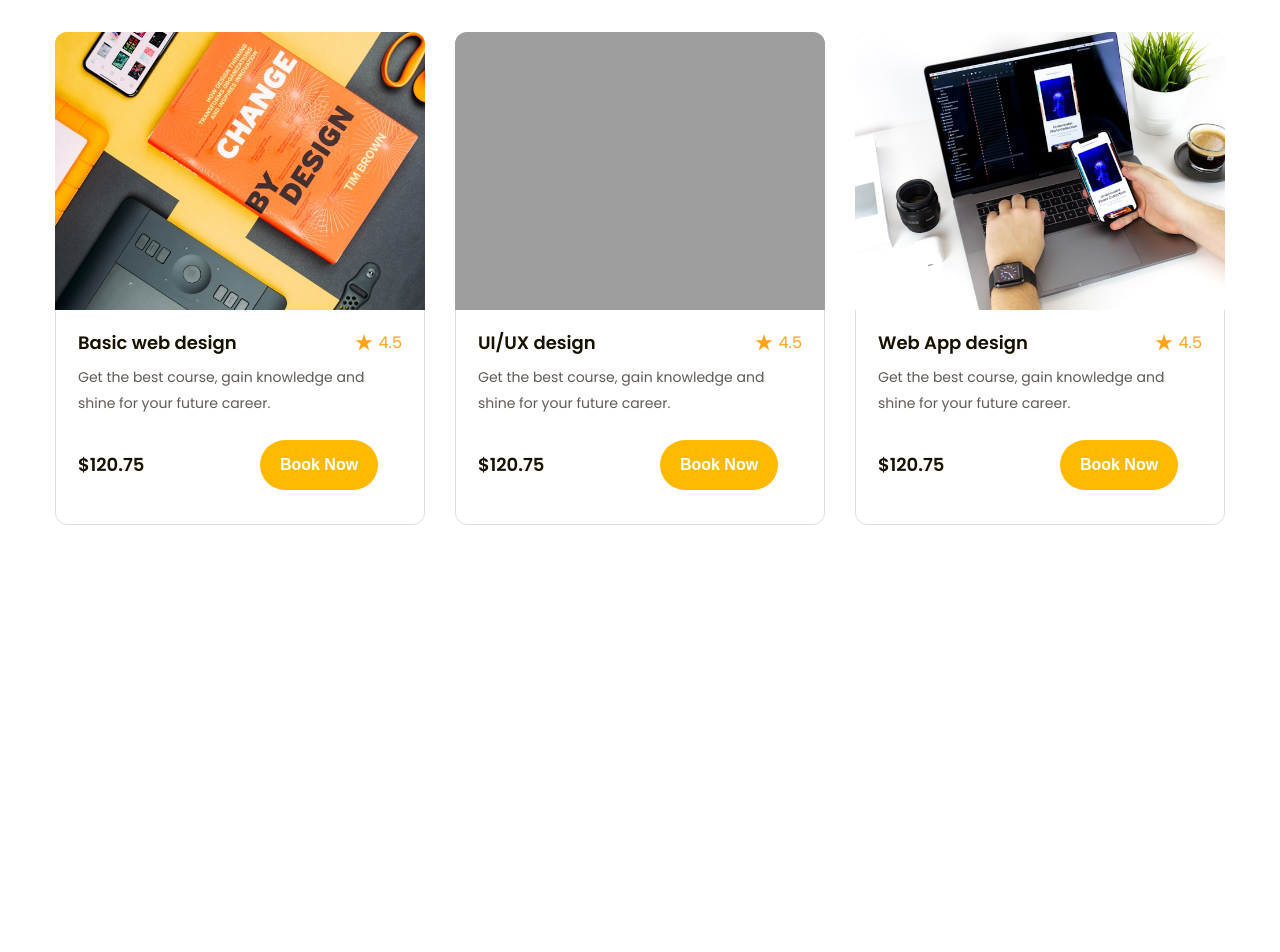
Repository: vancong171001/f8-html-css-02
Page: index.html
An editor plug-in stored every save of this project. The page is shown before and after the next save, followed by the edit.
The browser window is 1280 px wide. The pictures show the part of the page from y = 1267 to 2219 px (the page is 5000 px tall).
Pictures or frames that could not be fetched are drawn as grey boxes. A picture or video elsewhere on the page could not be fetched, so the positions and the page height are approximate.

Above is the page before, as saved 2025-03-11 14:34:43.

### index.html
<!DOCTYPE html>
<html lang="en">
  <head>
    <meta charset="UTF-8" />
    <meta name="viewport" content="width=device-width, initial-scale=1.0" />
    <title>F8 Project 02</title>
    <!-- Reset CSS -->
    <link rel="stylesheet" href="./assets/css/reset.css" />

    <!-- Embed fonts -->
    <link rel="preconnect" href="https://fonts.googleapis.com" />
    <link rel="preconnect" href="https://fonts.gstatic.com" crossorigin />
    <link
      href="https://fonts.googleapis.com/css2?family=Poppins:ital,wght@0,400;0,500;0,600;0,700;1,400&family=Sen:wght@700&display=swap"
      rel="stylesheet"
    />

    <!-- Style CSS -->
    <link rel="stylesheet" href="assets/css/style.css" />
  </head>
  <body>
    <main style="height: 5000px">
      <!-- Header -->
      <header class="header fixed">
        <div class="main-content">
          <div class="body">
            <!-- Logo -->
            <img src="./assets/img/logo.svg" alt="Lesson" class="logo" />

            <!-- Nav -->
            <nav class="nav">
              <ul>
                <li class="active">
                  <a href="#!">Home</a>
                </li>
                <li>
                  <a href="#!">Courses</a>
                </li>
                <li>
                  <a href="#!">Pricing</a>
                </li>
                <li>
                  <a href="#!">Reviews</a>
                </li>
              </ul>
            </nav>

            <!-- Action -->
            <div class="action">
              <a href="#!" class="btn sign-up-btn">Sign Up</a>
            </div>
          </div>
        </div>
      </header>

      <!-- Hero -->
      <div class="hero">
        <div class="main-content">
          <div class="body">
            <!-- Hero left -->
            <div class="media-block">
              <img
                src="https://images.unsplash.com/photo-1740734940319-7208196590b7?w=600&auto=format&fit=crop&q=60&ixlib=rb-4.0.3&ixid=M3wxMjA3fDB8MHxmZWF0dXJlZC1waG90b3MtZmVlZHwxNHx8fGVufDB8fHx8fA%3D%3D"
                alt="Learn without limits and spread knowledge."
                class="img"
              />

              <div class="hero-summary">
                <div class="item">
                  <div class="icon">
                    <img src="./assets/icon/list.svg" alt="" />
                  </div>
                  <div class="info">
                    <p class="lable">20 Courses</p>
                    <p class="title">UI/UX Design</p>
                  </div>
                </div>
                <div class="item">
                  <div class="icon">
                    <img src="./assets/icon/code.svg" alt="" />
                  </div>
                  <div class="info">
                    <p class="lable">20 Courses</p>
                    <p class="title">Development</p>
                  </div>
                </div>
                <div class="item">
                  <div class="icon">
                    <img src="./assets/icon/speaker.svg" alt="" />
                  </div>
                  <div class="info">
                    <p class="lable">30 Courses</p>
                    <p class="title">Marketing</p>
                  </div>
                </div>
              </div>
            </div>

            <!-- Hero right -->
            <div class="content-block">
              <h1 class="heading lv1">
                Learn without limits and spread knowledge.
              </h1>
              <p class="desc">
                Build new skills for that “this is my year” feeling with
                courses, certificates, and degrees from world-class universities
                and companies.
              </p>
              <div class="cta-group">
                <a href="#!" class="btn hero-cta">See Courses</a>
                <button class="watch-video">
                  <div class="icon">
                    <img src="./assets/icon/play.svg" alt="" />
                  </div>
                  <span>Watch Video</span>
                </button>
              </div>
              <p class="desc">Recent engagement</p>
              <p class="desc stats">
                <strong>50K</strong> Students <strong>70+</strong> Courses
              </p>
            </div>
          </div>
        </div>
      </div>

      <!-- Popular -->
      <div class="popular">
        <div class="main-content">
          <div class="popular-top">
            <div class="info">
              <h2 class="heading lv2">Our popular courses</h2>
              <p class="desc">
                Build new skills with new trendy courses and shine for the next
                future career.
              </p>
            </div>
            <div class="controls">
              <button class="control-btn">
                <svg
                  width="8"
                  height="14"
                  viewBox="0 0 8 14"
                  fill="none"
                  xmlns="http://www.w3.org/2000/svg"
                >
                  <path
                    d="M7 1L1 7L7 13"
                    stroke="currentColor"
                    stroke-linecap="round"
                    stroke-linejoin="round"
                  />
                </svg>
              </button>
              <button class="control-btn">
                <svg
                  width="8"
                  height="14"
                  viewBox="0 0 8 14"
                  fill="none"
                  xmlns="http://www.w3.org/2000/svg"
                >
                  <path
                    d="M1 1L7 7L1 13"
                    stroke="currentColor"
                    stroke-linecap="round"
                    stroke-linejoin="round"
                  />
                </svg>
              </button>
            </div>
          </div>

          <div class="course-list">
            <!-- Course Item 1 -->
            <div class="course-item">
              <img
                src="./assets/img/course-1.jpg"
                alt="Basic web design"
                class="thumb"
              />
              <div class="info">
                <div class="head">
                  <h3 class="title">Basic web design</h3>
                  <div class="rating">
                    <img src="./assets/icon/star.svg" alt="Star" class="star" />
                    <span class="value">4.5</span>
                  </div>
                </div>
                <p class="desc">
                  Get the best course, gain knowledge and shine for your future
                  career.
                </p>
                <div class="foot">
                  <span class="price">$120.75</span>
                  <button class="btn">Book Now</button>
                </div>
              </div>
            </div>
            <!-- Course Item 2 -->
            <div class="course-item">
              <img
                src="./assets/img/course-2.jpg"
                alt="UI/UX design"
                class="thumb"
              />
              <div class="info">
                <div class="head">
                  <h3 class="title">UI/UX design</h3>
                  <div class="rating">
                    <img src="./assets/icon/star.svg" alt="Star" class="star" />
                    <span class="value">4.5</span>
                  </div>
                </div>
                <p class="desc">
                  Get the best course, gain knowledge and shine for your future
                  career.
                </p>
                <div class="foot">
                  <span class="price">$120.75</span>
                  <button class="btn">Book Now</button>
                </div>
              </div>
            </div>
            <!-- Course Item 3 -->
            <div class="course-item">
              <img
                src="./assets/img/course-3.jpg"
                alt="Web App design"
                class="thumb"
              />
              <div class="info">
                <div class="head">
                  <h3 class="title">Web App design</h3>
                  <div class="rating">
                    <img src="./assets/icon/star.svg" alt="Star" class="star" />
                    <span class="value">4.5</span>
                  </div>
                </div>
                <p class="desc">
                  Get the best course, gain knowledge and shine for your future
                  career.
                </p>
                <div class="foot">
                  <span class="price">$120.75</span>
                  <button class="btn">Book Now</button>
                </div>
              </div>
            </div>
          </div>
        </div>
      </div>
    </main>
  </body>
</html>

### assets/css/style.css
* {
  box-sizing: border-box;
}

:root {
  --primary-color: #ffb900;
  --font-heading: Sen, san-serif;
}

html {
  font-size: 62.5%;
}

body {
  font-size: 1.6rem;
  font-family: "Poppins", sans-serif;
}

/* ========== Common ========= */
a {
  text-decoration: none;
}

.btn {
  display: inline-block;
  min-width: 118px;
  padding: 0 16px;
  line-height: 50px;
  color: #fff;
  text-align: center;
  font-size: 1.6rem;
  font-weight: 600;
  border-radius: 999px;
  background: #171100;
}

.btn:hover {
  opacity: 0.9;
}

.heading {
  color: #171100;
  font-family: var(--font-heading);
  font-weight: 700;
  letter-spacing: -0.02em;
}

.heading.lv1 {
  font-size: 5.8rem;
  line-height: 1.17; /* 117.241% */
}

.heading.lv2 {
  font-size: 3.8rem;
  line-height: 1.26; /* 126.316% */
}

.main-content {
  width: 1170px;
  max-width: calc(100% - 48px);
  margin-left: auto;
  margin-right: auto;
}

/* ========== Header ========= */
.header {
  background: #fffcf4;
}

.header.fixed {
  position: sticky;
  top: -28px;
  z-index: 1;
}

.header .body {
  display: flex;
  align-items: center;
  padding: 36px 0 8px;
}

.nav {
  margin-left: auto;
}

.nav ul {
  display: flex;
}

.nav a {
  position: relative;
  padding: 8px 21px;
  color: #5f5b53;
  font-size: 1.6rem;
}

.nav a:hover,
.nav li.active a {
  /* font-weight: 600; */
  text-shadow: 1px 0 0 currentColor;
  color: #171100;
}

.nav li.active a::after {
  content: "";
  position: absolute;
  left: 21px;
  bottom: 6px;
  display: block;
  width: 12px;
  height: 2px;
  border-radius: 1px;
  background: #171100;
}

.header .sign-up-btn {
  min-width: 144px;
}

.header .action {
  margin-left: 49px;
}

/* ========== Hero ========= */
.hero {
  padding: 56px 0 65px;
  background: #fffcf4;
}

.hero .body {
  display: flex;
}

/* Hero Left */
.hero .media-block {
  position: relative;
  width: 48%;
}

.hero .media-block .img {
  width: 470px;
  height: 685px;
  object-fit: cover;
  border-radius: 20px;
  display: block;
}

.hero-summary {
  position: absolute;
  right: 0;
  bottom: 48px;
  width: 270px;
  padding: 24px;
  border-radius: 12px;
  background: #fff;
  box-shadow: 0px 16px 32px 0px rgba(0, 0, 0, 0.05);
}

.hero-summary .item {
  display: flex;
  align-items: center;
}

.hero-summary .item + .item {
  margin-top: 22px;
}

.hero-summary .icon {
  width: 48px;
  height: 48px;
  border-radius: 50%;
  display: flex;
  justify-content: center;
  align-items: center;
  background: #fff9e8;
}

.hero-summary .item:nth-of-type(2) .icon {
  background: #fcefff;
}
.hero-summary .item:last-child .icon {
  background: #ebeaff;
}

.hero-summary .info {
  margin-left: 16px;
}

.hero-summary .lable {
  color: #5f5b53;
  font-size: 1.4rem;
  line-height: 1.86; /* 185.714% */
}

.hero-summary .title {
  color: #171100;
  font-size: 1.8rem;
  font-weight: 600;
  line-height: 1.67; /* 166.667% */
}

/* Hero Right */
.hero .content-block {
  width: 52%;
  padding: 64px 0 0 130px;
}

.hero .desc {
  margin-top: 22px;
  color: #5f5b53;
  font-size: 1.8rem;
  line-height: 1.67; /* 166.667% */
}

.hero .cta-group {
  display: flex;
  align-items: center;
  margin: 38px 0 48px;
}

.hero .hero-cta {
  min-width: 180px;
  line-height: 64px;
  background: var(--primary-color);
  border-radius: 32px;
}

.hero .watch-video {
  display: flex;
  align-items: center;
  border: none;
  background: transparent;
  margin-left: 28px;
  cursor: pointer;
}

.hero .watch-video .icon {
  width: 40px;
  height: 40px;
  border-radius: 50%;
  display: flex;
  justify-content: center;
  align-items: center;
  background: #ffffff;
  box-shadow: 0px 8px 16px rgba(0, 0, 0, 0.07);
}

.hero .watch-video span {
  color: #171100;
  font-size: 1.8rem;
  font-weight: 600;
  line-height: 1.67; /* 166.667% */
  margin-left: 14px;
}

.hero .stats {
  margin: 8px 0 0 -28px;
}

.hero .stats strong {
  color: #171100;
  font-family: var(--font-heading);
  font-size: 4.4rem;
  font-weight: 700;
  line-height: 1.22; /* 122.727% */
  padding: 0 8px 0 28px;
}

/* ========== Hero ========= */
.popular {
  padding: 65px 0;
  margin-top: 135px;
}

.popular-top {
  display: flex;
  justify-content: space-between;
  align-items: center;
}

.popular-top .desc {
  color: #5f5b53;
  font-size: 1.8rem;
  line-height: 1.67; /* 166.667% */
  margin-top: 16px;
  width: 458px;
}

.popular-top .controls {
  display: flex;
  gap: 18px;
}

.popular-top .control-btn {
  background: transparent;
  border: 1px solid var(--primary-color);
  width: 40px;
  height: 40px;
  border-radius: 50%;
  display: flex;
  justify-content: center;
  align-items: center;
  color: var(--primary-color);
}

.popular-top .control-btn:hover {
  background: var(--primary-color);
  color: #fff;
  cursor: pointer;
}

.popular .course-list {
  margin-top: 55px;
  display: flex;
  gap: 30px;
}

.popular .course-item {
  flex: 1;
  border-radius: 12px;
  border: 1px solid #e2dfda;
  background: #fff;
}

.popular .course-item .thumb {
  width: calc(100% + 2px);
  border-radius: 12px 12px 0px 0px;
  height: 278px;
  object-fit: cover;
  margin: -1px;
}

.popular .info {
  margin: 16px 22px 22px;
}

.popular .course-item .head,
.popular .course-item .rating,
.popular .course-item .foot {
  display: flex;
  justify-content: space-between;
  align-items: center;
}

.popular .course-item .title {
  color: #171100;
  font-size: 1.8rem;
  font-weight: 600;
  line-height: 1.67; /* 166.667% */
}

.popular .rating .value {
  color: #fea31b;
  font-size: 1.6rem;
  margin-left: 6px;
  line-height: 1.75;
}

.popular .desc {
  color: #5f5b53;
  font-size: 1.4rem;
  line-height: 1.86; /* 185.714% */
  margin-top: 6px;
}

.popular .foot {
  margin-top: 12px;
}

.popular .foot .price {
  color: #171100;
  font-size: 1.8rem;
  font-weight: 600;
  line-height: 1.67; /* 166.667% */
}

.popular .foot .btn {
  background: var(--primary-color);
  border: none;
  margin: 12px 24px;
}

Loaded but not shown: assets/css/reset.css (common file)

After the next save:
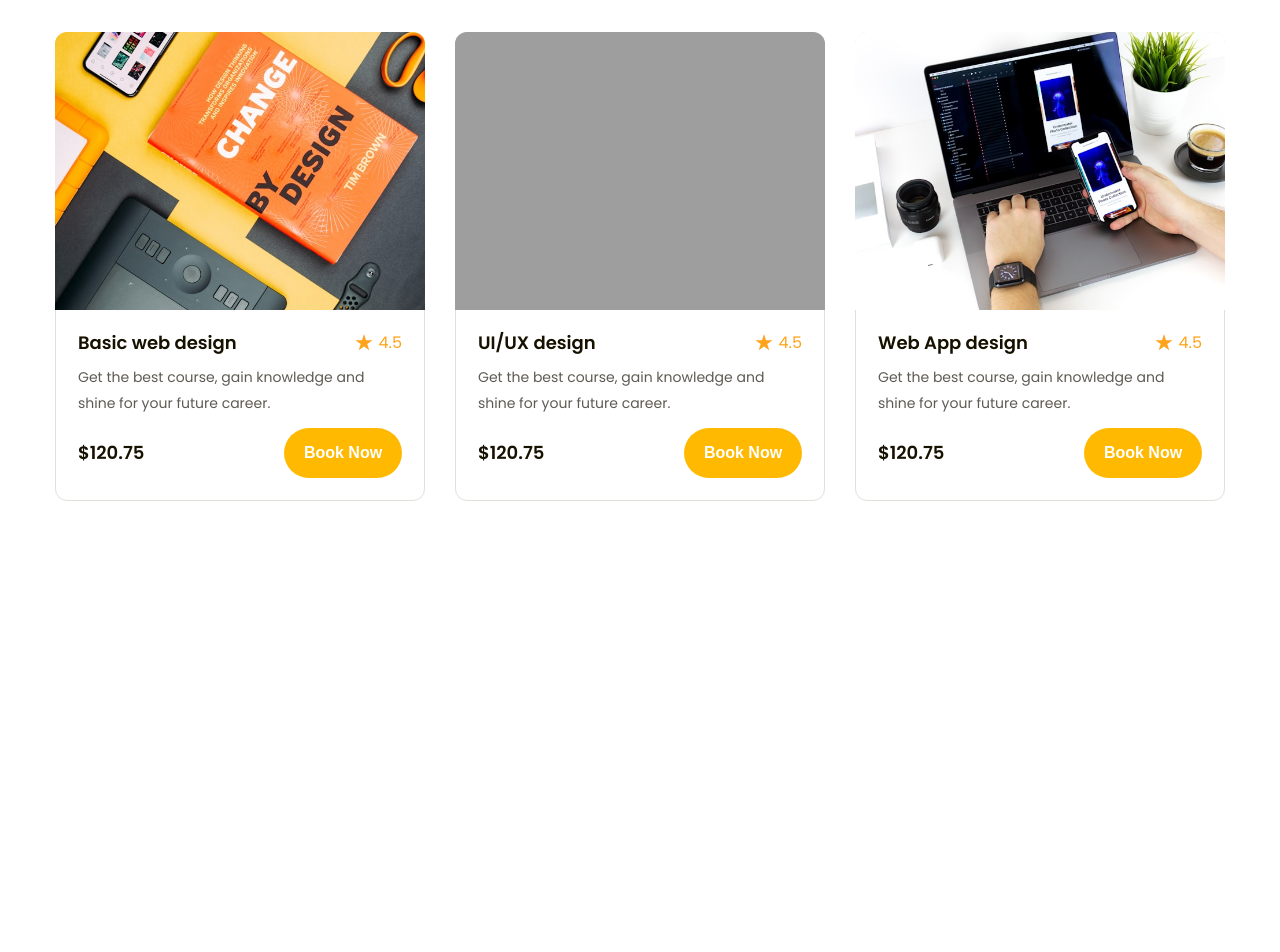
Saved 21 s later.
--- a/assets/css/style.css
+++ b/assets/css/style.css
@@ -377,5 +377,5 @@
 .popular .foot .btn {
   background: var(--primary-color);
   border: none;
-  margin: 12px 24px;
-}
+  : 12px 24px;
+}
